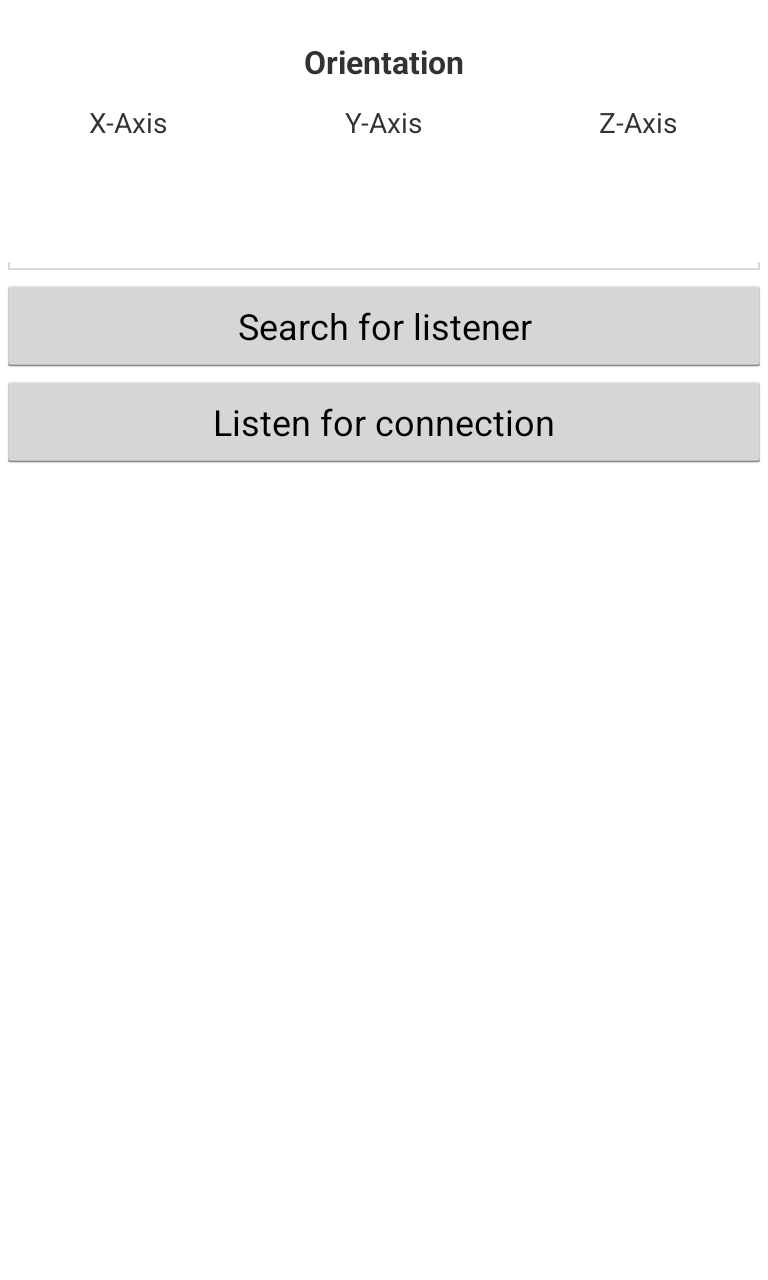
Repository: 3lim/DroidAhoy
Layout: AhoyApp/res/layout/main.xml
These files come from the project's save history. The layout is drawn as it stood at one moment and after the next save; the edit follows.
It is drawn on a 768 x 1280 px phone screen (xhdpi) without system bars, with theme AppTheme; the app's code is not run. Lists and similar views that code fills are empty.

Above is the layout before, as saved 2013-11-18 13:46:16.

After the next save:
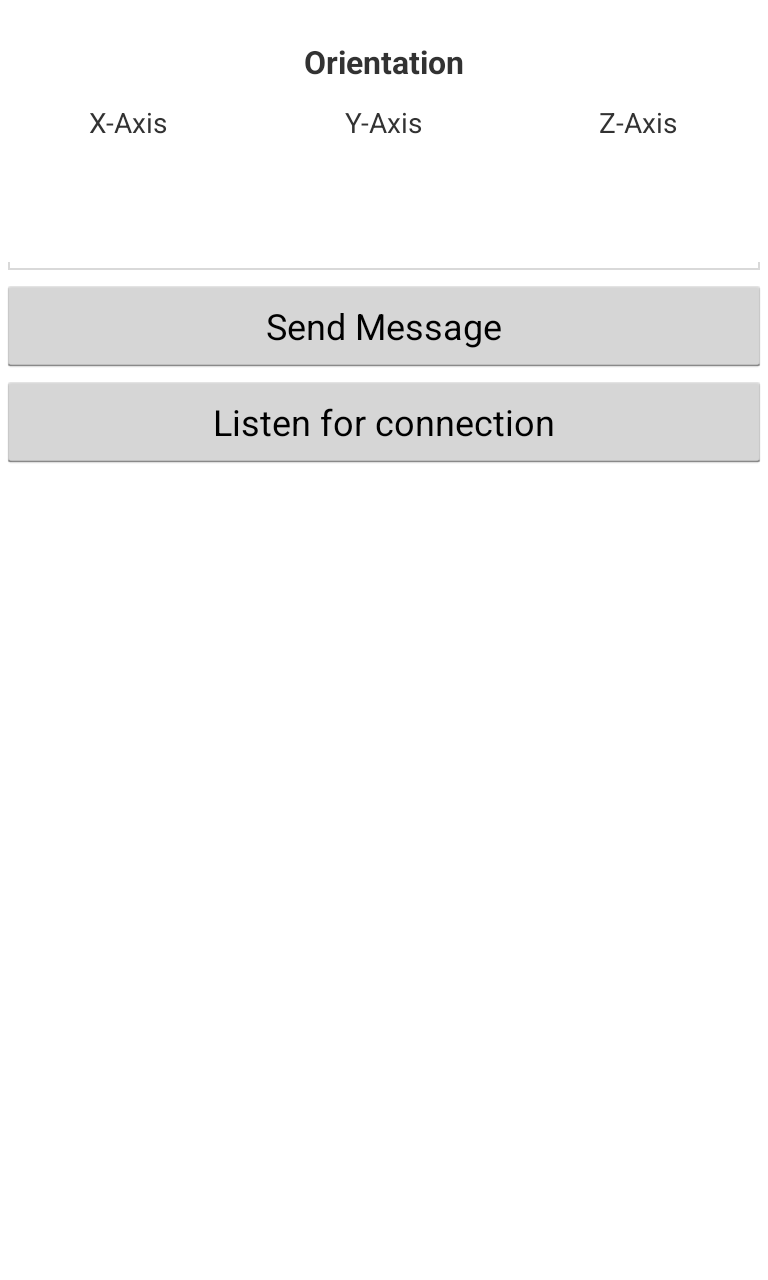
Saved 7 min 43 s later.
--- a/AhoyApp/res/layout/main.xml
+++ b/AhoyApp/res/layout/main.xml
@@ -519,7 +519,7 @@ android:enabled="false"
 />
 <Button
 android:id="@+id/button_search"
-android:text="Search for listener"
+android:text="Send Message"
 android:layout_width="fill_parent"
 android:layout_height="wrap_content"
 android:layout_above="@id/text_message"
